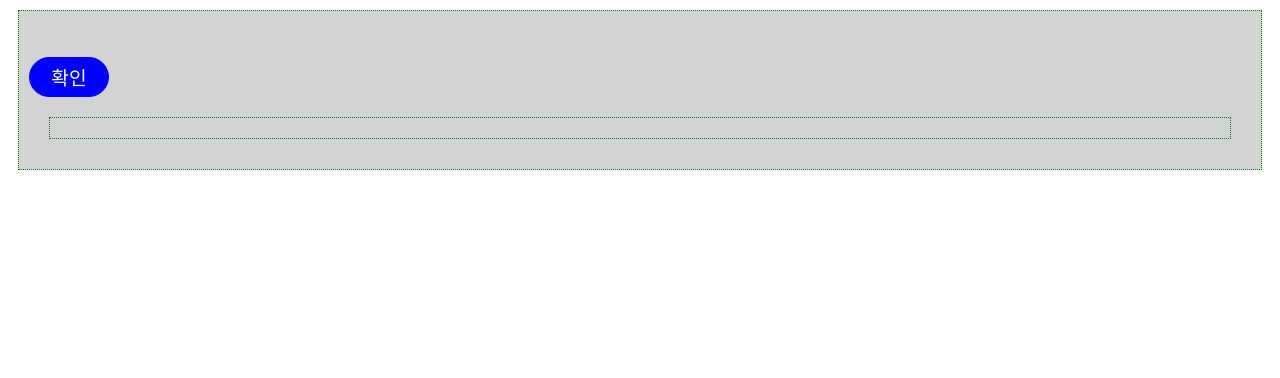
Repository: JJaeHwan/HTML
Page: jquerypro/WebContent/0112/forminfo.html
The author's editor kept a copy of each file at every save. The page is drawn from the files as they stood at one save, then again after the next save.
The browser window is 1280 px wide. The pictures show the whole page.

Above is the page before, as saved 2023-01-12 08:02:15.

After the next save:
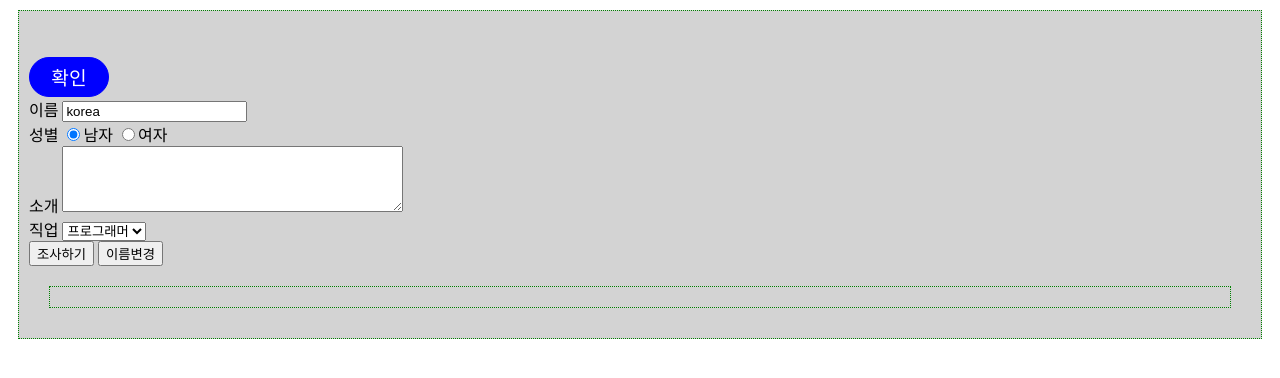
Saved 105 s later.
--- a/jquerypro/WebContent/0112/forminfo.html
+++ b/jquerypro/WebContent/0112/forminfo.html
@@ -13,6 +13,27 @@
 	<br><br>
 	<input type="button" value="확인" id="btn1">
 	<br>
+	    <form>
+       <label for="user">이름</label>
+       <input type="text" id="user" value="korea"><br>
+
+       <label >성별</label>
+       <input type="radio" class=“gend" name="gend" value="남자" checked >남자
+       <input type="radio" class=“gend" name="gend" value="여자"  >여자<br>
+
+       <label for="intro">소개</label>
+       <textarea id="intro" cols="40" rows="4"></textarea> <br>
+
+       <label for="work">직업</label>
+       <select id="work">
+     	  <option value="programmer">프로그래머</option>
+     	  <option value="progammer">프로게이머</option>
+     	  <option value="whitehand">백수</option>
+       </select><br>
+       <button id="btnview">조사하기 </button>
+       <button  id="btnchange">이름변경 </button>
+   </form>
+
 
 	<div id="res1"></div>
 </div>
